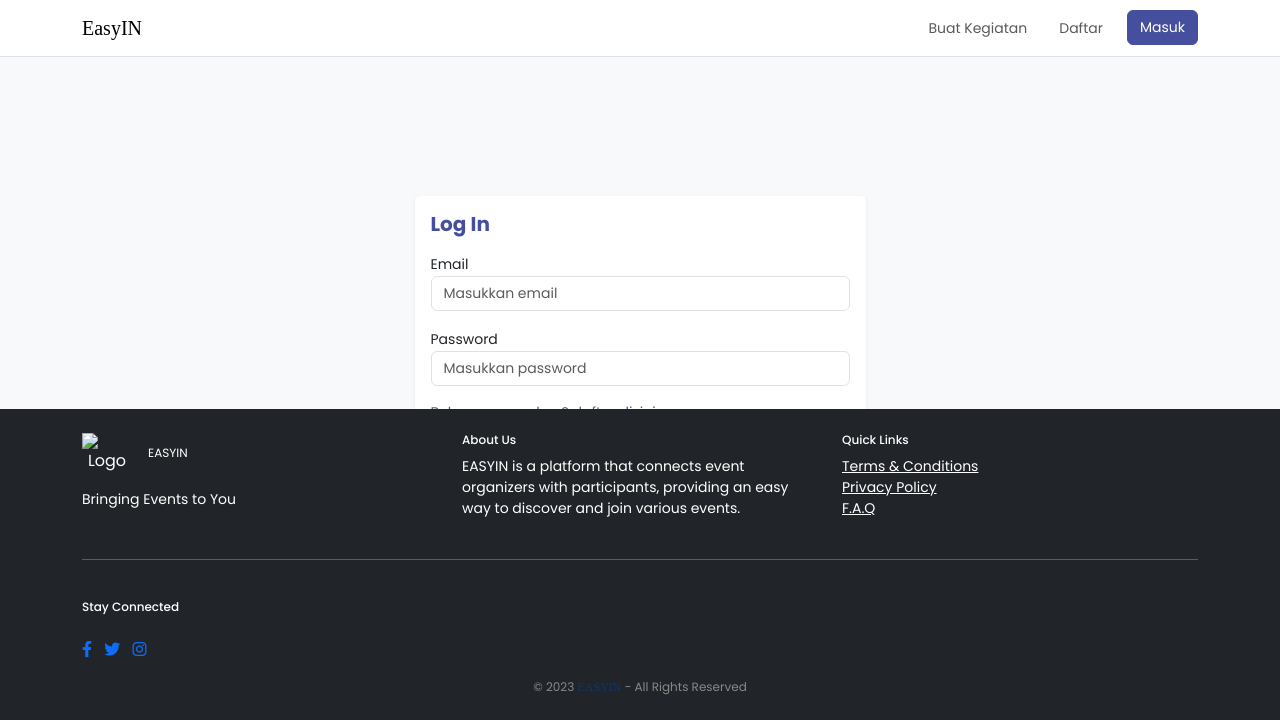
Repository: Imadaaa/Ticketing_Online
Page: http://localhost/login
The author's editor kept a copy of each file at every save. The page is drawn from the files as they stood at one save, then again after a run of saves.
The browser window is 1280 px wide. The pictures show the whole page.
Some web fonts or font styles are not loaded; a fallback is used. The page is served by the project's Laravel application, run on PHP 8.4 with Laravel 10. Other server files are loaded and not shown.

Above is the page before, as saved 2023-08-22 02:38:18.
Console error: ReferenceError: $ is not defined

### routes/web.php
<?php

use Illuminate\Support\Facades\Route;
use App\Http\Controllers\AuthController;
use App\Http\Controllers\AcaraController;
use App\Http\Controllers\TiketController;
use App\Http\Controllers\UsersController;
use App\Http\Controllers\KampusController;
use App\Http\Controllers\LokasiController;
use App\Http\Controllers\KategoriController;
use App\Http\Controllers\DashboardController;
use App\Http\Controllers\JenisTiketController;
use App\Http\Controllers\LandingPageController;
use App\Http\Controllers\MetodePembayaranController;

/*
|--------------------------------------------------------------------------
| Web Routes
|--------------------------------------------------------------------------
|
| Here is where you can register web routes for your application. These
| routes are loaded by the RouteServiceProvider and all of them will
| be assigned to the "web" middleware group. Make something great!
|
*/

// landing page
Route::get('/', [LandingPageController::class, 'index'])->name('landing-page.index');

// acara
Route::group(['prefix' => 'acara'], function() {
    Route::get('/{slug}', [AcaraController::class, 'landingPageShow'])->name('landing-page.acara.show');
});

// kategori
Route::group(['prefix' => 'kategori'], function() {
    Route::get('/', [KategoriController::class, 'landingPageIndex'])->name('landing-page.kategori.index');
});

// auth
Route::get('/login', [AuthController::class, 'getLogin'])->name('login');
Route::post('/login', [AuthController::class, 'doLogin']);
Route::post('/logout', [AuthController::class, 'doLogout'])->name('logout');
Route::group(['prefix' => 'register'], function() {
    Route::get('/', [AuthController::class, 'getRegister'])->name('register');
    Route::post('/', [AuthController::class, 'doRegister']);
    Route::get('/verifikasi/{token}', [AuthController::class, 'doVerifikasi']);
});

// dashboard
Route::group(['prefix' => 'dashboard'], function() {
    // pages
    Route::get('/', [DashboardController::class, 'getIndex'])->name('dashboard.index');

    // kategori
    Route::group(['prefix' => 'kategori'], function() {
        Route::get('/datatable-json', [KategoriController::class, 'datatableJson'])->name('dashboard.kategori.datatable-json');
    });
    Route::resource('kategori', KategoriController::class, ['as' => 'dashboard'])->except('show');

    // lokasi
    Route::group(['prefix' => 'lokasi'], function() {
        Route::get('/datatable-json', [LokasiController::class, 'datatableJson'])->name('dashboard.lokasi.datatable-json');
    });
    Route::resource('lokasi', LokasiController::class, ['as' => 'dashboard'])->except('show');

    // kampus
    Route::group(['prefix' => 'kampus'], function() {
        Route::get('/datatable-json', [KampusController::class, 'datatableJson'])->name('dashboard.kampus.datatable-json');
    });
    Route::resource('kampus', KampusController::class, ['as' => 'dashboard'])->except('show')->parameters(['kampus' => 'kampus']);

    // metode pembayaran
    Route::group(['prefix' => 'metode-pembayaran'], function() {
        Route::get('/datatable-json', [MetodePembayaranController::class, 'datatableJson'])->name('dashboard.metode-pembayaran.datatable-json');
    });
    Route::resource('metode-pembayaran', MetodePembayaranController::class, ['as' => 'dashboard'])->except('show');

    // user
    Route::group(['prefix' => 'user'], function() {
        Route::get('/datatable-json', [UsersController::class, 'datatableJson'])->name('dashboard.user.datatable-json');
    });
    Route::resource('user', UsersController::class, ['as' => 'dashboard'])->only(['index', 'destroy']);

    // acara
    Route::group(['prefix' => 'acara'], function() {
        Route::get('/datatable-json', [AcaraController::class, 'datatableJson'])->name('dashboard.acara.datatable-json');

        Route::get('/{acara}/jenis-tiket', [JenisTiketController::class, 'index'])->name('dashboard.jenis-tiket.index');
        Route::post('/{acara}/jenis-tiket', [JenisTiketController::class, 'store'])->name('dashboard.jenis-tiket.store');

        Route::get('/{acara}/tiket/datatable-json', [TiketController::class, 'datatableJson'])->name('dashboard.tiket.datatable-json');
        Route::post('/{acara}/tiket', [TiketController::class, 'store'])->name('dashboard.tiket.store');
        Route::delete('/tiket/{tiket}', [TiketController::class, 'destroy'])->name('dashboard.tiket.destroy');
    });
    Route::resource('acara', AcaraController::class, ['as' => 'dashboard'])->except('show');
});

### app/Http/Controllers/AuthController.php
<?php

namespace App\Http\Controllers;

use App\Models\User;
use App\Mail\VerifyEmail;
use Illuminate\Support\Str;
use Illuminate\Http\Request;
use App\Http\Requests\UserRequest;
use Illuminate\Support\Facades\DB;
use Illuminate\Support\Facades\Mail;

class AuthController extends Controller
{
    public function getLogin()
    {
        return view('auth.login');
    }

    public function doLogin(Request $request)
    {
        $credentials = [
            'email' => $request->email,
            'password' => $request->password,
            'is_active' => true
        ];

        if(auth()->attempt($credentials)) {
            return redirect()->route('landing-page.index');
        }

        return redirect()->back()->with('error', 'Email atau password salah');
    }

    public function getRegister()
    {
        return view('auth.register');
    }

    public function doRegister(UserRequest $request)
    {
        $verify_token = Str::random(25);

        $payload = [
            'nama' => $request->nama,
            'verify_token' => $verify_token
        ];

        DB::beginTransaction();

        try {
            Mail::to($request->email)->send(new VerifyEmail($payload));

            User::create([
                'nama' => $request->nama,
                'email' => $request->email,
                'password' => bcrypt($request->password),
                'verify_email_token' => $verify_token
            ]);

            DB::commit();

            return redirect()->back()->with('success', 'Silahkan periksa email anda');
        } catch (Exception $e) {
            DB::rollback();

            return redirect()->back()->with('error', 'Proses registrasi gagal');
        }
    }

    public function doLogout()
    {
        auth()->logout();

        return redirect()->route('landing-page.index');
    }

    public function doVerifikasi($token)
    {
        if(!$token) {
            abort(404);
        }

        $user = User::where('verify_email_token', '=', $token)->firstOrFail();

        $user->update([
            'email_verified_at' => date('Y-m-d H:i:s'),
            'verify_email_token' => null,
            'is_active' => true
        ]);

        return redirect()->route('login')->with('success', 'Email berhasil di verifikasi, silahkan masuk');
    }
}

### resources/views/auth/login.blade.php
@extends('template.landing-page.app')

@section('title', 'Login')

@push('styles')
    <style>
        .wrap-login {
            margin-top: 100px;
        }
    </style>
@endpush

@section('content')
    <div class="container py-5">
        <div class="row mt-5 justify-content-center">
            <div class="col-lg-5 wrap-login">
                @if(session('error'))
                    <div class="alert bg-danger fs-14 text-white">
                        <i class="fa-solid fa-circle-xmark"></i>
                        <span>{{ session('error') }}</span>
                    </div>
                @elseif(session('success'))
                    <div class="alert bg-success fs-14 text-white">
                        <i class="fa-solid fa-circle-check"></i>
                        <span>{{ session('success') }}</span>
                    </div>
                @endif
                <div class="card border-0">
                    <div class="card-body shadow-sm">
                        <h5 class="fw-700 text-primary">Log In</h5>
                        <form action="{{ url('/login') }}" method="POST" class="mt-3">
                            @csrf
                            <div class="mb-3">
                                <label for="email" class="fs-14">Email</label>
                                <input type="email" class="form-control fs-14" name="email" id="email" placeholder="Masukkan email" required>
                            </div>
                            <div class="mb-3">
                                <label for="password" class="fs-14">Password</label>
                                <input type="password" class="form-control fs-14" name="password" id="password" placeholder="Masukkan password" required>
                            </div>
                            <div class="mb-3">
                                <p class="fs-14 mb-1 text-muted">Belum punya akun? daftar <a class="text-primary text-decoration-none" href="{{ route('register') }}">disini</a></p>
                                <p class="fs-14 mb-1 text-muted"><a class="text-primary text-decoration-none" href="{{ route('register') }}">Lupa Password</a></p>
                                <button type="submit" class="btn btn-primary fw-700 fs-14">Log In</button>
                            </div>
                        </form>
                    </div>
                </div>
            </div>
        </div>
    </div>
@endsection

### resources/views/template/landing-page/app.blade.php
<!doctype html>
<html lang="en">

<head>
    <meta charset="utf-8">
    <meta name="viewport" content="width=device-width, initial-scale=1">
    <title>EasyIN - @yield('title')</title>

    @include('template.landing-page.partials._style')
</head>

<body class="bg-light">
    {{-- navbar --}}
    @include('template.landing-page.partials._navbar')

    @yield('content')

    {{-- footer --}}
    @include('template.landing-page.partials._footer')

    @include('template.landing-page.partials._script')
</body>

</html>

### resources/views/template/landing-page/partials/_style.blade.php
<link href="https://cdn.jsdelivr.net/npm/bootstrap@5.3.1/dist/css/bootstrap.min.css" rel="stylesheet"
    integrity="sha384-4bw+/aepP/YC94hEpVNVgiZdgIC5+VKNBQNGCHeKRQN+PtmoHDEXuppvnDJzQIu9" crossorigin="anonymous">
<link rel="stylesheet" href="{{ asset('css/custom.css') }}">
<link rel="preconnect" href="https://fonts.googleapis.com">
<link rel="preconnect" href="https://fonts.gstatic.com" crossorigin>
<link href="https://fonts.googleapis.com/css2?family=Audiowide&family=Poppins:wght@400;500;600;700&display=swap"
    rel="stylesheet">
<link rel="stylesheet" href="https://cdnjs.cloudflare.com/ajax/libs/font-awesome/6.4.0/css/all.min.css"
    integrity="sha512-iecdLmaskl7CVkqkXNQ/ZH/XLlvWZOJyj7Yy7tcenmpD1ypASozpmT/E0iPtmFIB46ZmdtAc9eNBvH0H/ZpiBw=="
    crossorigin="anonymous" referrerpolicy="no-referrer" />
<link rel="stylesheet" href="{{ asset('path/to/slick.css') }}">
<link rel="stylesheet" href="{{ asset('path/to/slick-theme.css') }}">
<script src="{{ asset('path/to/slick.min.js') }}"></script>
@stack('styles')

### resources/views/template/landing-page/partials/_navbar.blade.php
<nav class="navbar navbar-expand-lg {{ request()->is('login') || request()->is('register') || !request()->is('/') ? 'bg-white border-bottom' : '' }}">
    <div class="container">
        <a class="navbar-brand {{ request()->is('login') || request()->is('register') || !request()->is('/') ? '' : 'text-white' }} text-title" href="{{ route('landing-page.index') }}">EasyIN</a>
        <button class="navbar-toggler" type="button" data-bs-toggle="collapse" data-bs-target="#navbarNav"
            aria-controls="navbarNav" aria-expanded="false" aria-label="Toggle navigation">
            <span class="navbar-toggler-icon"></span>
        </button>
        <div class="collapse navbar-collapse" id="navbarNav">
            <ul class="navbar-nav ms-auto">
                <li class="nav-item ms-3">
                    <a class="nav-link {{ request()->is('login') || request()->is('register') || !request()->is('/') ? '' : 'text-white' }} fs-14" aria-current="page" href="#">Buat Kegiatan</a>
                </li>
                @if(auth()->user())
                    <li class="nav-item ms-3">
                        <a class="nav-link {{ request()->is('login') || request()->is('register') || !request()->is('/') ? '' : 'text-white' }} fs-14" href="{{ route('dashboard.index') }}">Dashboard</a>
                    </li>
                    <li class="nav-item ms-3">
                        <a class="nav-link {{ request()->is('login') || request()->is('register') || !request()->is('/') ? '' : 'text-white' }} fs-14" href="#" onclick="document.getElementById('form-logout').submit();">Logout <i class="fa-solid fa-power-off"></i></a>
                        <form action="{{ route('logout') }}" method="POST" id="form-logout">
                            @csrf
                        </form>
                    </li>
                @else
                    <li class="nav-item ms-3">
                        <a class="nav-link {{ request()->is('login') || request()->is('register') || !request()->is('/') ? '' : 'text-white' }} fs-14" href="{{ route('register') }}">Daftar</a>
                    </li>
                    <li class="nav-item ms-3">
                        <a class="btn btn-primary {{ request()->is('login') || request()->is('register') || !request()->is('/') ? '' : 'text-white' }} fs-14" href="{{ route('login') }}">Masuk</a>
                    </li>
                @endif
            </ul>
        </div>
    </div>
</nav>

### resources/views/template/landing-page/partials/_footer.blade.php
<footer class="bg-dark text-white py-4 {{ request()->is('login') || request()->is('register') ? 'footer-fixed' : '' }}">



    <div class="container">
        <div class="row">
            <div class="col-md-4">
                <div class="d-flex align-items-center text-center">
                    <img src="{{ asset('storage/img/logo/Steam_icon.png') }}" alt="Logo" class="logo me-3"
                        style="max-width: 50px;">
                    <p class="fs-12 mb-0 unique-font">EASYIN</p>
                </div>
                <p class="mt-3 fs-14">Bringing Events to You</p>
            </div>
            <div class="col-md-4">
                <h5 class="fs-12">About Us</h5>
                <p class="fs-14">EASYIN is a platform that connects event organizers with participants, providing an
                    easy way to discover and join various events.</p>
            </div>
            <div class="col-md-4">
                <h5 class="fs-12">Quick Links</h5>
                <ul class="list-unstyled fs-14">
                    <li><a href="#" class="text-white">Terms & Conditions</a></li>
                    <li><a href="#" class="text-white">Privacy Policy</a></li>
                    <li><a href="#" class="text-white">F.A.Q</a></li>
                </ul>
            </div>
        </div>
        <hr class="my-4">
        <div class="row">
            <div class="col-md-10 mt-3">
                <h5 class="fs-12 mb-4">Stay Connected</h5>
                <ul class="list-inline social-icons">
                    <li class="list-inline-item"><a href="#" class="social-link"><i class="fab fa-facebook-f"></i></a>
                    </li>
                    <li class="list-inline-item"><a href="#" class="social-link"><i class="fab fa-twitter"></i></a></li>
                    <li class="list-inline-item"><a href="#" class="social-link"><i class="fab fa-instagram"></i></a>
                    </li>
                </ul>
            </div>
        </div>
        <div class="row">
            <div class="col-md-12 text-center">
                <p class="fs-12 mb-0" style="color: #888;">&copy; {{ date('Y') }} <span class="text-title"
                        style="color: #0f356f;">EASYIN</span> - All Rights Reserved</p>
            </div>
        </div>
    </div>
</footer>

### resources/views/template/landing-page/partials/_script.blade.php
<script src="https://cdn.jsdelivr.net/npm/bootstrap@5.3.1/dist/js/bootstrap.bundle.min.js"
    integrity="sha384-HwwvtgBNo3bZJJLYd8oVXjrBZt8cqVSpeBNS5n7C8IVInixGAoxmnlMuBnhbgrkm" crossorigin="anonymous">
</script>
<script>
    $(document).ready(function() {
        $('.slider').slick({
            autoplay: true,
            dots: true,
            // Konfigurasi slider lainnya sesuai kebutuhan
        });
    });
</script>
@stack('scripts')

### public/css/custom.css
* {
    font-family: "Poppins", sans-serif;
}

.navbar {
    position: absolute !important;
    width: 100%;
    z-index: 1;
}

#hero {
    background-image: url("../img/hero.jpg");
    height: 500px;
    background-position: center;
    background-repeat: no-repeat;
    position: relative;
}

#hero::after {
    content: "";
    height: 100%;
    width: 100%;
    background-color: rgba(0, 0, 0, .5);
    display: block;
}

#hero .text-hero {
    position: absolute;
    width: auto;
    height: auto;
    top: 40%;
    text-align: center;
}

.search-bar {
    margin-top: -80px;
    z-index: 1;
    position: relative;
}

.search-bar .wrap-search-form {
    padding: 60px 50px;
}

#kegiatan-kampus .card {
    background-position: center;
    background-size: cover;
    background-repeat: no-repeat;
    position: relative;
}

#kegiatan-kampus .card::before {
    content: "";
    height: 100%;
    width: 100%;
    background-color: rgba(0, 0, 0, .5);
    display: block;
    position: absolute;
    border-radius: 0.375rem;
}

#kegiatan-kampus .card .card-body h5 {
    margin-top: 200px;
}

#kegiatan-kampus .card .card-body h5, #kegiatan-kampus .card .card-body p, #kegiatan-kampus .card .card-body a {
    z-index: 1;
    position: relative;
}

footer, .bg-dark {
    background-color: #212529 !important;
}

.text-title {
    font-family: 'Audiowide', cursive;
}

.fs-14 {
    font-size: 14px;
}

.fs-12 {
    font-size: 12px;
}

.fs-60 {
    font-size: 60px;
}

.fw-700 {
    font-weight: 700;
}

.btn-primary {
    background-color: #464F9E !important;
    border-color: #464F9E !important;
}

.btn-outline-primary {
    background-color: white !important;
    border-color: #464F9E !important;
    color: #464F9E !important;
}

.btn-outline-primary:hover {
    background-color: #464F9E !important;
    color: white !important;
}

.text-primary {
    color: #464F9E !important;
}

.footer-fixed {
    position: absolute;
    width: 100%;
    bottom: 0;
}

Loaded but not shown: app/Http/Controllers/Controller.php (common file)

After the next 2 saves:
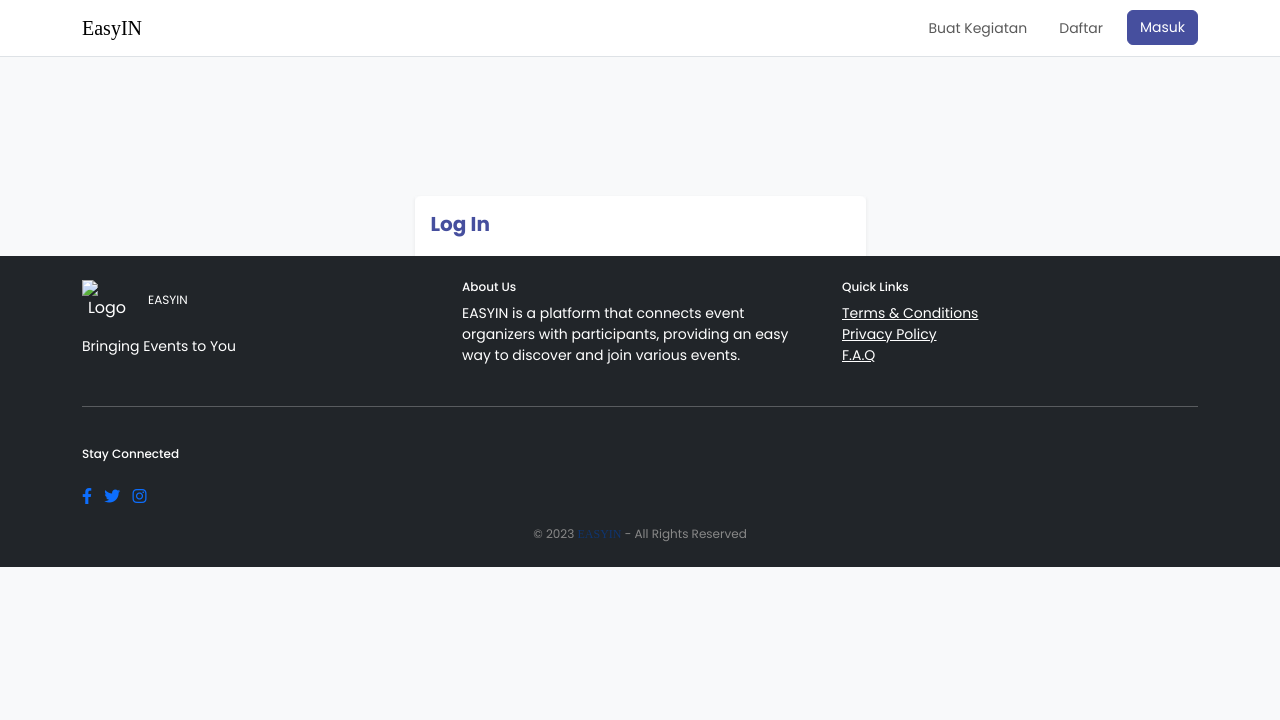
The 2 saves are shown as one change because they came seconds apart.
The last was saved 11 s later.
--- a/resources/views/template/landing-page/partials/_footer.blade.php
+++ b/resources/views/template/landing-page/partials/_footer.blade.php
@@ -1,6 +1,17 @@
 <footer class="bg-dark text-white py-4 {{ request()->is('login') || request()->is('register') ? 'footer-fixed' : '' }}">
 
+    <style>
+    body {
+        margin-bottom: 100px; /* Atur sesuai tinggi footer */
+        position: relative;
+    }
 
+    footer.footer-fixed {
+        position: absolute;
+        bottom: 0;
+        width: 100%;
+    }
+</style>
 
     <div class="container">
         <div class="row">
